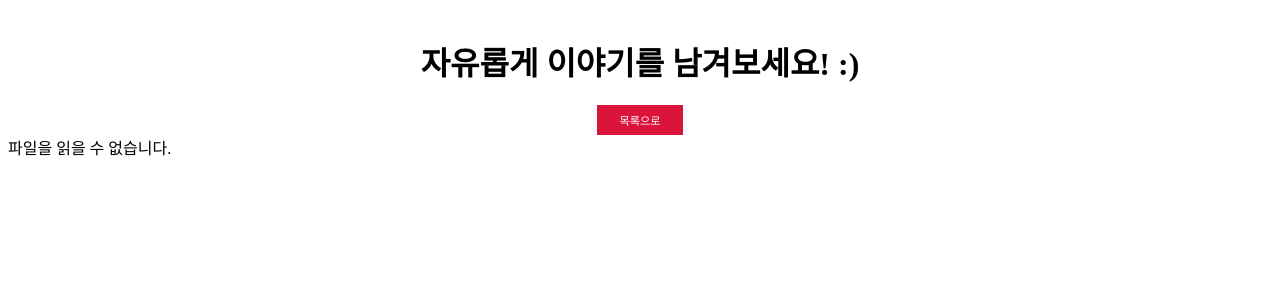
Repository: minkyung0421/NMT_Project
Page: http://localhost/MyPage_Project/Detail.jsp
These files come from the project's save history. The page is drawn as it stood at one moment and after the next save; the edit follows.
The browser window is 1280 px wide. The pictures show the whole page.
The page is served by Tomcat 9.

Above is the page before, as saved 2018-09-02 23:17:12.

### NMT_Project/MyPage_Project/WebContent/Detail.jsp
<%@page import="java.io.FileReader"%>
<%@page import="java.io.BufferedReader"%>
<%@ page language="java" contentType="text/html; charset=UTF-8"
    pageEncoding="UTF-8"%>
<!DOCTYPE html PUBLIC "-//W3C//DTD HTML 4.01 Transitional//EN" "http://www.w3.org/TR/html4/loose.dtd">
<html>
<head>
<meta http-equiv="Content-Type" content="text/html; charset=UTF-8">
<title>게시판</title>
<style>
	table.type04 {
    border-collapse: separate;
    border-spacing: 1px;
    text-align: left;
    line-height: 1.5;
    border-top: 1px solid #ccc;
  margin : 20px 10px;
}
table.type04 th {
    width: 150px;
    padding: 10px;
    font-weight: bold;
    vertical-align: top;
    border-bottom: 1px solid #ccc;
}
table.type04 td {
    width: 350px;
    padding: 10px;
    vertical-align: top;
    border-bottom: 1px solid #ccc;
}

     button{
        background:crimson;
        color:#fff;
        border:none;
        position:relative;
        height:30px;
        font-size:0.7em;
        padding:0 2em;
        cursor:pointer;
        transition:800ms ease all;
        outline:none;
      }
      button:hover{
        background:#fff;
        color:crimson;
      }
      button:before,button:after{
        content:'';
        position:absolute;
        top:0;
        right:0;
        height:2px;
        width:0;
        background: crimson;
        transition:400ms ease all;
      }
      button:after{
        right:inherit;
        top:inherit;
        left:0;
        bottom:0;
      }
      button:hover:before,button:hover:after{
        width:100%;
        transition:800ms ease all;
      }
</style>
</head>
<body>
<center><h1 style = "margin-top:3%">자유롭게 이야기를 남겨보세요! :)</h1>
        <a href = "list.jsp"><button>목록으로</button></a></center>

<ceneter>
<%
	String filename = request.getParameter("FILE_NAME");
	BufferedReader reader = null;
	try{
		String filePath = application.getRealPath("/WEB-INF/board/" + filename);

		reader = new BufferedReader(new FileReader(filePath));

		while(true){
			String str = reader.readLine();
			if(str == null) break;
			out.println(str + "<br>");
		}
	}catch(Exception e){
		out.println("파일을 읽을 수 없습니다.");
	}
%>
</ceneter>
</body>
</html>

After the next save:
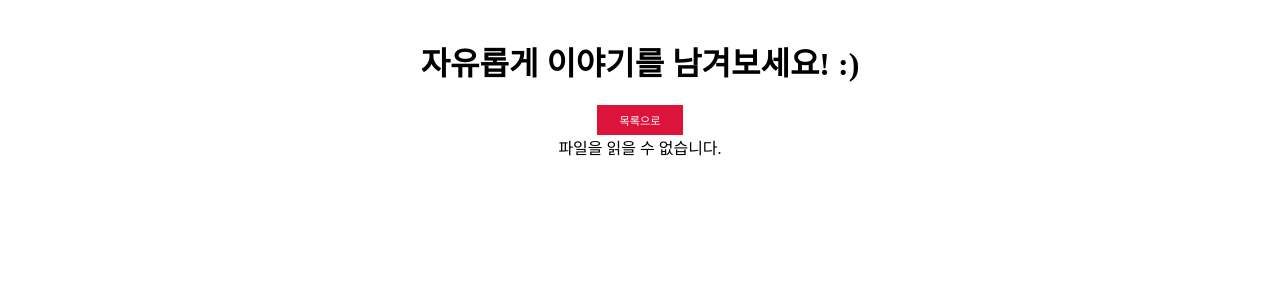
Saved 110 s later.
--- a/NMT_Project/MyPage_Project/WebContent/Detail.jsp
+++ b/NMT_Project/MyPage_Project/WebContent/Detail.jsp
@@ -72,7 +72,7 @@ table.type04 td {
 <center><h1 style = "margin-top:3%">자유롭게 이야기를 남겨보세요! :)</h1>
         <a href = "list.jsp"><button>목록으로</button></a></center>
 
-<ceneter>
+<center>
 <%
 	String filename = request.getParameter("FILE_NAME");
 	BufferedReader reader = null;
@@ -90,6 +90,6 @@ table.type04 td {
 		out.println("파일을 읽을 수 없습니다.");
 	}
 %>
-</ceneter>
+</center>
 </body>
 </html>
